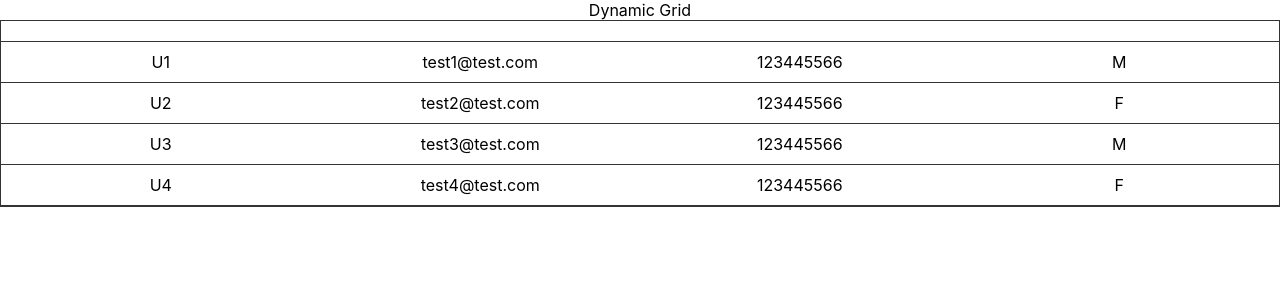
Repository: mayank-tavisca/dynamic-grids
Page: /
An editor plug-in stored every save of this project. The page is shown before and after the next save, followed by the edit.
The browser window is 1280 px wide. The pictures show the whole page.
The project was rebuilt for these pictures with package versions that can differ from the ones it lists, and the page was loaded fresh each time.

Above is the page before, as saved 2020-02-04 10:54:38.

### src/App.tsx
import React from "react";
import logo from "./logo.svg";
import "./App.css";
import DynamicGrid from "./dynamic-grid/dynamicGrid";

const Data = {
  tableHeaders: [
    { label: "User Names", value: "username" },
    { label: "Emails", value: "email" },
    { label: "Phone number", value: "number" },
    { label: "Gender", value: "gender" }
  ],
  tableData: [
    { username: "U1", email: "test1@test.com", number: 123445566, gender: "M" },
    { username: "U2", email: "test2@test.com", number: 123445566, gender: "F" },
    { username: "U3", email: "test3@test.com", number: 123445566, gender: "M" },
    { username: "U4", email: "test4@test.com", number: 123445566, gender: "F" }
  ]
};

const App = () => {
  return (
    <div className="App">
      <DynamicGrid data={Data} />
    </div>
  );
};

export default App;

### src/dynamic-grid/dynamicGrid.tsx
import React, { FC, useEffect, useState } from "react";
import Style from "./dynamicGrid.module.scss";

interface IProps {
  data: any;
}

enum PaginationLocation {
  TOP,
  BOTTOM
}

interface IPagination {
  showPagination: boolean;
  defaultRowsCount: number;
  activePane: number;
  position: PaginationLocation;
}

interface ITableConfig {
  rows: number;
  cols: number;
  headerData: any;
  data: any;
  pagination: IPagination;
}

const DynamicGrid: React.FC<IProps> = ({ data }) => {
  const [showTable, setShowTable]: any = useState(false);
  const [tableConfig, setTableConfig]: any = useState({
    rows: 0,
    cols: 0,
    defaultRowCount: 5,
    pagination: false,
    headerData: [],
    data: []
  });

  //   let tableConfig: ITableConfig = ;

  useEffect(() => {
    parseData();
  }, []);

  const parseData = () => {
    tableConfig.rows = data.tableData.length;
    tableConfig.cols = Object.keys(data.tableData).length;
    tableConfig.headerData = data.tableHeaders;
    tableConfig.data = data.tableData;
    setTableConfig(tableConfig);
    setShowTable(true);
  };

  const renderHeader = () => {
    return (
      <div className={Style.tableRow}>
        {tableConfig.headerData.map((item: any) => {
          return (
            <span className={`${Style.tableCell} ${Style.tableHeader}`}>
              {tableConfig.headerData[item]}
            </span>
          );
        })}
      </div>
    );
  };

  const renderRow = (data: any) => {
    return Object.keys(data).map(key => {
      return <span className={`${Style.tableCell}`}>{data[key]}</span>;
    });
  };

  const renderData = () => {
    return tableConfig.data.map((item: any) => {
      return <div className={Style.tableRow}>{renderRow(item)}</div>;
    });
  };

  return (
    <div>
      Dynamic Grid
      {/* <table className={Style.table}>
        <thead>{renderHeader()}</thead>
        {renderData()}
      </table> */}
      <div className={Style.table}>
        {renderHeader()}
        {renderData()}
      </div>
    </div>
  );
};

export default DynamicGrid;

### src/dynamic-grid/dynamicGrid.module.scss
.table {
  display: flex;
  flex-direction: column;
  border: 1px solid #333;

  .tableRow {
    display: flex;
    flex-direction: row;
    border-bottom: 1px solid #333;

    .tableCell {
      flex: 1 0 0;
      padding: 10px 24px;
    }

    .tableHeader {
      font-weight: bold;
    }
  }
}

Loaded but not shown: public/index.html (common file); src/index.tsx (common file); src/index.css (common file); src/serviceWorker.ts (common file); src/App.css (common file)

After the next save:
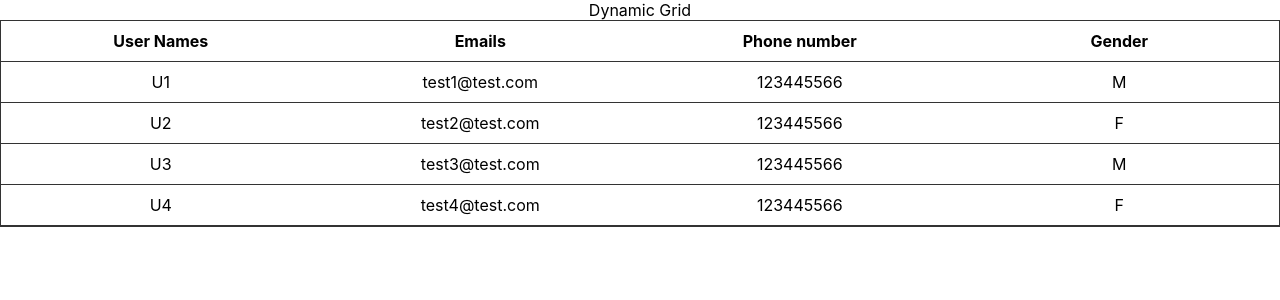
Saved 25 s later.
--- a/src/dynamic-grid/dynamicGrid.tsx
+++ b/src/dynamic-grid/dynamicGrid.tsx
@@ -57,7 +57,7 @@ const DynamicGrid: React.FC<IProps> = ({ data }) => {
         {tableConfig.headerData.map((item: any) => {
           return (
             <span className={`${Style.tableCell} ${Style.tableHeader}`}>
-              {tableConfig.headerData[item]}
+              {item.label}
             </span>
           );
         })}
